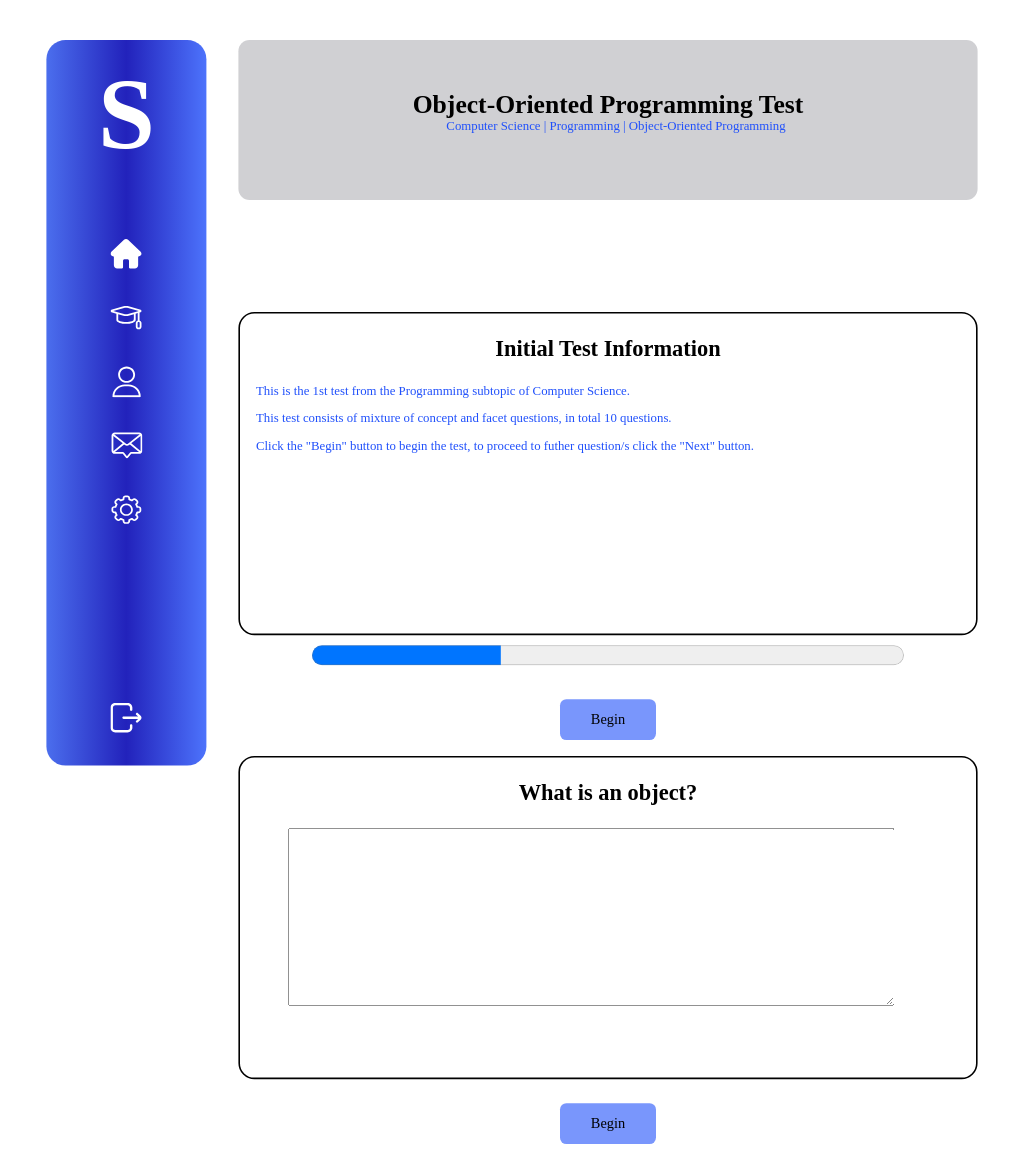
Repository: rafalzacher1/smartify-interface
Page: test.html
These files come from the project's save history. The page is drawn as it stood at one moment and after a run of saves; the edit follows.
The browser window is 1280 px wide. The pictures show the whole page, at 80% of full size.
Some web fonts or font styles are not loaded; a fallback is used.

Above is the page before, as saved 2022-06-30 19:56:25.

### test.html
<!DOCTYPE html>
<html lang="en">

<head>
    <link rel="stylesheet" href="./styles/home.css">
    <link rel="stylesheet" href="./styles/navigation.css">
    <link rel="stylesheet" href="./styles/search.css">
    <link rel="stylesheet" href="./styles/test.css">
    <link rel="stylesheet" href="./styles/question.css">
    <link rel="stylesheet" href="https://cdnjs.cloudflare.com/ajax/libs/font-awesome/4.7.0/css/font-awesome.min.css">
    <link href='https://fonts.googleapis.com/css?family=Baloo Bhai' rel='stylesheet'>
</head>

<body>
    <div id="main-container">
        <div id="navigation-container">
            <h1>S</h1>

            <nav id="navigation-options">
                <svg width="27" height="25" viewBox="0 0 27 25" fill="none" xmlns="http://www.w3.org/2000/svg"
                    onclick="document.location='./index.html'">
                    <path
                        d="M25.5018 10.9867C25.5012 10.9862 25.5006 10.9856 25.5 10.985L14.8668 0.890976C14.4135 0.460518 13.8109 0.223389 13.17 0.223389C12.529 0.223389 11.9264 0.460329 11.473 0.890787L0.845318 10.9797C0.841738 10.9831 0.838158 10.9867 0.834579 10.9901C-0.0961545 11.8788 -0.0945635 13.3206 0.839153 14.207C1.26574 14.6122 1.82915 14.8469 2.43154 14.8714C2.456 14.8737 2.48066 14.8748 2.50552 14.8748H2.92932V22.3034C2.92932 23.7734 4.1892 24.9694 5.73803 24.9694H9.89809C10.3197 24.9694 10.6618 24.6449 10.6618 24.2444V18.4204C10.6618 17.7496 11.2365 17.204 11.9431 17.204H14.3968C15.1034 17.204 15.6782 17.7496 15.6782 18.4204V24.2444C15.6782 24.6449 16.02 24.9694 16.4419 24.9694H20.6019C22.1508 24.9694 23.4106 23.7734 23.4106 22.3034V14.8748H23.8036C24.4444 14.8748 25.047 14.6379 25.5006 14.2074C26.4353 13.3195 26.4357 11.8752 25.5018 10.9867V10.9867Z"
                        fill="white" />
                </svg>

                <svg width="29" height="22" viewBox="0 0 29 22" fill="none" xmlns="http://www.w3.org/2000/svg">
                    <path
                        d="M26.4228 13.5237V6.40629L26.734 6.31764C27.9305 5.97676 28.1816 5.39965 28.1816 4.97552C28.1816 4.55139 27.9304 3.97428 26.734 3.63356L16.4958 0.717713C15.8653 0.538127 15.0388 0.43924 14.1689 0.43924C13.299 0.43924 12.4726 0.538127 11.8419 0.717713L1.60382 3.63356C0.407257 3.97428 0.156067 4.55139 0.156067 4.97557C0.156067 5.3997 0.407202 5.97686 1.60376 6.31769L5.43281 7.4082V13.2841C5.43281 14.0138 5.93239 15.0416 8.31243 15.7947C9.88887 16.2936 11.9687 16.5683 14.1688 16.5683C16.3689 16.5683 18.4487 16.2936 20.0252 15.7947C22.4053 15.0415 22.9049 14.0138 22.9049 13.2841V7.40825L24.7806 6.87402V13.5237C23.7595 13.8501 23.0217 14.767 23.0217 15.8451V19.1846C23.0217 20.5351 24.179 21.6338 25.6017 21.6338C27.0242 21.6338 28.1816 20.5351 28.1816 19.1846V15.8451C28.1817 14.767 27.4439 13.8501 26.4228 13.5237ZM12.3137 2.21089C12.7886 2.07563 13.4647 1.9981 14.1689 1.9981C14.873 1.9981 15.5492 2.07563 16.024 2.21084L25.7315 4.97557L21.8438 6.08282C21.8416 6.08349 21.8394 6.08406 21.8372 6.08474L16.024 7.74036C15.5493 7.87556 14.8731 7.95309 14.169 7.95309C13.4649 7.95309 12.7886 7.87556 12.3138 7.74036L6.50073 6.08474C6.49849 6.08406 6.4963 6.08349 6.49405 6.08282L2.60639 4.97557L12.3137 2.21089ZM21.2629 11.2372C21.2629 13.3846 20.9647 13.8541 19.506 14.3157C18.0926 14.763 16.1971 15.0093 14.1689 15.0093C12.1406 15.0093 10.2452 14.763 8.83178 14.3157C7.37313 13.8541 7.07493 13.3845 7.07493 13.2841V7.87582L11.842 9.23348C12.4726 9.41307 13.299 9.51196 14.1689 9.51196C15.0388 9.51196 15.8652 9.41307 16.4959 9.23348L21.2629 7.87582V11.2372ZM26.5395 19.1845C26.5395 19.6754 26.1188 20.0748 25.6017 20.0748C25.0846 20.0748 24.6639 19.6755 24.6639 19.1845V15.845C24.6639 15.3541 25.0846 14.9546 25.6017 14.9546C26.1189 14.9546 26.5395 15.3541 26.5395 15.845V19.1845Z"
                        fill="white" />
                </svg>

                <svg width="24" height="26" viewBox="0 0 24 26" fill="none" xmlns="http://www.w3.org/2000/svg">
                    <path
                        d="M12.1698 0.827911C8.37379 0.827911 5.28546 3.75975 5.28546 7.36343C5.28546 10.9671 8.37379 13.899 12.1698 13.899C15.9659 13.899 19.0542 10.9671 19.0542 7.36343C19.0542 3.75975 15.9659 0.827911 12.1698 0.827911ZM12.1698 12.4466C9.21735 12.4466 6.81532 10.1663 6.81532 7.36343C6.81532 4.56057 9.21735 2.28025 12.1698 2.28025C15.1223 2.28025 17.5243 4.56057 17.5243 7.36343C17.5243 10.1663 15.1223 12.4466 12.1698 12.4466Z"
                        fill="white" />
                    <path
                        d="M20.7353 18.1686C18.8505 16.3518 16.3519 15.3513 13.6997 15.3513H10.64C7.98784 15.3513 5.48917 16.3518 3.60439 18.1686C1.72883 19.9765 0.695923 22.3628 0.695923 24.8883C0.695923 25.2894 1.03841 25.6145 1.46085 25.6145H22.8789C23.3013 25.6145 23.6438 25.2894 23.6438 24.8883C23.6438 22.3628 22.6109 19.9765 20.7353 18.1686ZM2.25944 24.1621C2.64267 20.043 6.25497 16.8036 10.64 16.8036H13.6997C18.0848 16.8036 21.6971 20.043 22.0803 24.1621H2.25944Z"
                        fill="white" />
                </svg>


                <svg width="27" height="23" viewBox="0 0 27 23" fill="none" xmlns="http://www.w3.org/2000/svg">
                    <path
                        d="M24.1913 0.381134H3.77551C2.23533 0.381134 0.9823 1.57067 0.9823 3.0328V15.7608C0.9823 17.223 2.23533 18.4125 3.77551 18.4125H10.353C10.4332 18.4125 10.5096 18.4491 10.5573 18.5105L12.957 21.5991C13.1975 21.9087 13.5678 22.0872 13.9729 22.089H13.979C14.3819 22.089 14.7514 21.9139 14.9937 21.608L17.4479 18.5087C17.4956 18.4484 17.5715 18.4124 17.6509 18.4124H24.1913C25.7315 18.4124 26.9845 17.2229 26.9845 15.7608V3.03276C26.9845 1.57063 25.7315 0.381134 24.1913 0.381134ZM25.4609 15.7608C25.4609 15.8747 25.4439 15.9848 25.4127 16.0892L17.5863 9.57636L25.4609 3.37251V15.7608ZM24.1913 1.8275C24.4235 1.8275 24.6413 1.88728 24.8287 1.99108L14.7964 9.8948C14.3265 10.265 13.6446 10.265 13.1747 9.8948L3.14064 1.98969C3.32753 1.88675 3.54433 1.8275 3.77551 1.8275H24.1913ZM2.55416 16.0892C2.52293 15.9848 2.50587 15.8747 2.50587 15.7608V3.36913L10.3826 9.57457L2.55416 16.0892ZM16.2301 17.6396L13.9808 20.4801L11.7834 17.6519C11.4498 17.2225 10.915 16.9661 10.3529 16.9661H3.81172L11.5698 10.5099L12.2017 11.0078C12.7186 11.415 13.3519 11.6185 13.9855 11.6185C14.6189 11.6185 15.2525 11.4148 15.7693 11.0078L16.399 10.5117L24.155 16.9661H17.6509C17.0952 16.9661 16.5641 17.2178 16.2301 17.6396Z"
                        fill="white" />
                </svg>

                <svg width="28" height="25" viewBox="0 0 28 25" fill="none" xmlns="http://www.w3.org/2000/svg">
                    <path
                        d="M14.8013 24.9227H13.1654C11.8422 24.9227 10.7657 23.9008 10.7657 22.6447V22.1193C10.2032 21.9486 9.65665 21.7333 9.13159 21.4753L8.73937 21.8477C7.7894 22.7506 6.2677 22.7241 5.34533 21.8473L4.18907 20.7497C3.26507 19.8735 3.23849 18.4294 4.18937 17.5277L4.58129 17.1556C4.30958 16.6571 4.08276 16.1384 3.90299 15.6043H3.34958C2.02648 15.6043 0.949951 14.5823 0.949951 13.3262V11.7731C0.949951 10.517 2.02648 9.4951 3.34963 9.4951H3.90304C4.08281 8.96103 4.30963 8.44223 4.58134 7.94378L4.18912 7.57148C3.2388 6.67028 3.26502 5.22602 4.18942 4.34942L5.34579 3.2517C6.2703 2.37283 7.79164 2.35089 8.73978 3.25199L9.13165 3.624C9.6567 3.3661 10.2032 3.15073 10.7658 2.98007V2.4547C10.7658 1.1986 11.8422 0.176666 13.1654 0.176666H14.8014C16.1245 0.176666 17.201 1.1986 17.201 2.4547V2.98012C17.7636 3.15073 18.3101 3.3661 18.8351 3.62405L19.2274 3.2517C20.1773 2.34876 21.699 2.37525 22.6214 3.25204L23.7777 4.34966C24.7017 5.22587 24.7283 6.66999 23.7774 7.57172L23.3854 7.94378C23.6572 8.44223 23.884 8.96098 24.0637 9.4951H24.6172C25.9403 9.4951 27.0168 10.517 27.0168 11.7731V13.3262C27.0168 14.5823 25.9403 15.6043 24.6172 15.6043H24.0637C23.884 16.1383 23.6572 16.6571 23.3854 17.1556L23.7777 17.5279C24.728 18.4291 24.7018 19.8734 23.7774 20.75L22.621 21.8477C21.6965 22.7266 20.1751 22.7485 19.227 21.8474L18.8351 21.4754C18.3101 21.7333 17.7636 21.9487 17.201 22.1193V22.6448C17.201 23.9008 16.1245 24.9227 14.8013 24.9227V24.9227ZM9.38692 19.9527C10.1163 20.3622 10.9014 20.6716 11.7203 20.8722C12.0575 20.9548 12.2931 21.2436 12.2931 21.5742V22.6447C12.2931 23.1013 12.6845 23.4727 13.1654 23.4727H14.8014C15.2824 23.4727 15.6737 23.1013 15.6737 22.6447V21.5742C15.6737 21.2436 15.9093 20.9548 16.2466 20.8722C17.0655 20.6716 17.8505 20.3622 18.5799 19.9527C18.8801 19.7842 19.2621 19.8301 19.5087 20.0641L20.3074 20.8224C20.6518 21.1497 21.2048 21.1421 21.5407 20.8227L22.6978 19.7243C23.0329 19.4066 23.0441 18.8815 22.6981 18.5535L21.899 17.7949C21.6525 17.5609 21.6042 17.1981 21.7817 16.9133C22.213 16.2208 22.5389 15.4756 22.7502 14.6981C22.8373 14.378 23.1414 14.1544 23.4897 14.1544H24.6172C25.0982 14.1544 25.4895 13.7829 25.4895 13.3263V11.7732C25.4895 11.3166 25.0982 10.9451 24.6172 10.9451H23.4897C23.1414 10.9451 22.8373 10.7214 22.7502 10.4013C22.5389 9.6239 22.213 8.87862 21.7817 8.18622C21.6042 7.90135 21.6525 7.53857 21.899 7.30454L22.6978 6.54626C23.0431 6.21886 23.0341 5.69397 22.6981 5.37541L21.5411 4.27707C21.2058 3.95827 20.6527 3.94894 20.3078 4.27678L19.5088 5.03535C19.2622 5.26942 18.88 5.31524 18.58 5.14675C17.8506 4.73724 17.0655 4.42786 16.2466 4.22724C15.9094 4.14464 15.6738 3.8559 15.6738 3.52526V2.4547C15.6738 1.99811 15.2824 1.62663 14.8014 1.62663H13.1655C12.6845 1.62663 12.2932 1.99811 12.2932 2.4547V3.52516C12.2932 3.8558 12.0576 4.14454 11.7203 4.22714C10.9014 4.42777 10.1164 4.73714 9.38697 5.14666C9.08679 5.3151 8.7047 5.26928 8.45818 5.03525L7.65948 4.27697C7.31511 3.94966 6.76205 3.95725 6.42619 4.27663L5.26911 5.37503C4.93401 5.69276 4.92281 6.21779 5.26881 6.54587L6.06787 7.30445C6.31438 7.53847 6.36265 7.90125 6.18522 8.18612C5.75385 8.87852 5.42801 9.62381 5.21667 10.4012C5.12961 10.7214 4.82547 10.945 4.47723 10.945H3.34963C2.86867 10.9451 2.47731 11.3165 2.47731 11.7731V13.3262C2.47731 13.7828 2.86867 14.1543 3.34963 14.1543H4.47718C4.82547 14.1543 5.12956 14.378 5.21662 14.6981C5.42796 15.4755 5.75385 16.2208 6.18517 16.9132C6.3626 17.1981 6.31433 17.5609 6.06782 17.7949L5.26906 18.5532C4.92378 18.8806 4.93279 19.4055 5.26876 19.724L6.42573 20.8224C6.76109 21.1412 7.31419 21.1505 7.65907 20.8226L8.45808 20.0641C8.63974 19.8917 9.01765 19.7454 9.38692 19.9527V19.9527Z"
                        fill="white" />
                    <path
                        d="M13.9834 17.9339C10.856 17.9339 8.31177 15.5185 8.31177 12.5497C8.31177 9.58082 10.856 7.16547 13.9834 7.16547C17.1107 7.16547 19.6549 9.58082 19.6549 12.5497C19.6549 15.5185 17.1107 17.9339 13.9834 17.9339ZM13.9834 8.61543C11.6982 8.61543 9.83912 10.3803 9.83912 12.5497C9.83912 14.719 11.6982 16.4839 13.9834 16.4839C16.2685 16.4839 18.1276 14.719 18.1276 12.5497C18.1276 10.3803 16.2685 8.61543 13.9834 8.61543Z"
                        fill="white" />
                </svg>


                <svg id="logout" width="27" height="26" viewBox="0 0 27 26" fill="none"
                    xmlns="http://www.w3.org/2000/svg">
                    <path
                        d="M18.5379 19.6672V21.6084C18.5379 23.7492 16.7034 25.4907 14.4484 25.4907H4.1734C1.91837 25.4907 0.0838623 23.7492 0.0838623 21.6084V4.52618C0.0838623 2.38541 1.91837 0.64386 4.1734 0.64386H14.4484C16.7034 0.64386 18.5379 2.38541 18.5379 4.52618V6.46734C18.5379 7.00343 18.0802 7.43792 17.5155 7.43792C16.9508 7.43792 16.4932 7.00343 16.4932 6.46734V4.52618C16.4932 3.45589 15.5758 2.58502 14.4484 2.58502H4.1734C3.04598 2.58502 2.12863 3.45589 2.12863 4.52618V21.6084C2.12863 22.6787 3.04598 23.5495 4.1734 23.5495H14.4484C15.5758 23.5495 16.4932 22.6787 16.4932 21.6084V19.6672C16.4932 19.1311 16.9508 18.6966 17.5155 18.6966C18.0802 18.6966 18.5379 19.1311 18.5379 19.6672ZM25.5083 11.4L23.2189 9.22667C22.8196 8.84753 22.1722 8.84753 21.773 9.22667C21.3736 9.60561 21.3736 10.2202 21.773 10.5991L23.4014 12.1452H11.1256C10.5609 12.1452 10.1032 12.5797 10.1032 13.1158C10.1032 13.6519 10.5609 14.0864 11.1256 14.0864H23.4014L21.773 15.6325C21.3736 16.0114 21.3736 16.626 21.773 17.005C21.9727 17.1945 22.2343 17.2893 22.4959 17.2893C22.7577 17.2893 23.0192 17.1945 23.2189 17.005L25.5083 14.8316C26.5049 13.8854 26.5049 12.3462 25.5083 11.4Z"
                        fill="white" />
                </svg>
            </nav>
        </div>

        <div id="test-container">
            <div id="test-container-header">
                <h1>Object-Oriented Programming Test</h1>
                <p>Computer Science | Programming | Object-Oriented Programming</p>
            </div>
        </div>

        <div id="question-container">
            <!-- <template class="initial"> -->
                <div id="initial">
                    <h3>Initial Test Information</h3>
                    <p>
                        This is the 1st test from the Programming subtopic of Computer Science.
                    </p>
                    <p>
                        This test consists of mixture of concept and facet questions, in total 10 questions.
                    </p>
                    <p>
                        Click the "Begin" button to begin the test, to proceed to futher question/s click the "Next" button.
                    </p>
                </div>
            <!-- </template> -->

            <div id="questions">
                <div id="progress">
                    <progress id="questions" value="32" max="100"> 32% </progress>
                </div>

                <div id="question">
                    <h3>What is an object?</h3>

                    <textarea name="question" type="text"></textarea>
                </div>

                <div id="progress-container">
                    <button id="question-button" class="question-option"
                        onclick="document.location='./topic.html'">Begin</button>
                </div>
            </div>

            <div id="progress-container">
                <button id="question-button" class="question-option"
                    onclick="beginTest()">Begin</button>
            </div>
        </div>
    </div>

    <script>
        function beginTest() {

        }
    </script>
</body>

</html>

<!-- Answer -->
<!--
    An object is a single instance of a class; it is created by invoking the constructors of the class. Class exists in source temporal scope and objects exist in run-time temporal scope.
 -->
<!-- https://www.grin.com/document/423537 -->

### styles/home.css
#main-container {
    display: grid;
    grid-template-columns: 2fr 8fr 4fr;
    grid-template-rows: 200px 200px 200px;
    gap: 40px;
    margin: 50px;
}

### styles/navigation.css
#navigation-container {
  font-family: "Baloo Bhai";
  font-size: 26px;
  background: rgb(32, 80, 251);
  background: linear-gradient(
    90deg,
    rgba(30, 74, 233, 0.8) 0%,
    rgba(10, 10, 180, 0.9) 50%,
    rgba(32, 80, 251, 0.8) 100%
  );
  border-radius: 24px;
  width: 200px;
  height: 100%;
  text-align: center;
  display: inline-block;
  grid-column: 1;
  grid-row: 1 / 5;
}

#navigation-container h1 {
  font-family: "Baloo Bhai";
  font-size: 128px;
  color: #ffffff;
  margin: 0;
  padding-top: 20px;
  padding-bottom: 60px;
}

#navigation-options svg {
  margin-left: auto;
  margin-right: auto;
  display: block;
  padding: 20px;
  height: 40px;
  width: 40px;
}

#navigation-options svg:hover {
  opacity: 0.4;
  cursor: pointer;
}

#logout {
  margin-top: 180px;
  margin-bottom: 20px;
}

### styles/search.css
#search-container {
  grid-column: 3;
  grid-row: 1;
}

#search-container h2 {
  font-family: "Baloo Bhai";
  font-size: 16px;
}

form.example input[type="text"] {
  padding: 10px;
  font-size: 17px;
  border: 1px solid grey;
  float: left;
  width: 70%;
  background: #f1f1f1;
  border-radius: 15px 0 0 15px;
  font-family: "Baloo Bhai";
  font-size: 32px;
}

form.example button {
  float: left;
  width: 20%;
  padding: 10px;
  background: #2050fb;
  opacity: 0.6;
  color: white;
  font-size: 17px;
  border: 1px solid grey;
  border-left: none;
  cursor: pointer;
  border-radius: 0 15px 15px 0;
  font-family: "Baloo Bhai";
  font-size: 32px;
  box-sizing: border-box;
}

form.example button:hover {
  opacity: 1;
}

form.example::after {
  content: "";
  clear: both;
  display: table;
}

### styles/test.css
#test-container {
  grid-column: 2 / 4;
  grid-row: 1;
  background-color: #d0d0d3;
  border-radius: 14px;
}

#test-container h1 {
  font-family: "Baloo Bhai";
  font-size: 32px;
  margin-bottom: 0;
}

#test-container p {
  color: #2050fb;
  font-family: "Baloo Bhai";
  font-size: 16px;
  margin-top: 0;
  padding-left: 20px;
}

#test-container-header {
  text-align: center;
  margin-top: 62px;
  margin-bottom: 62px;
}

### styles/question.css
#question-container {
  grid-column: 2 / 4;
  grid-row: 2 / 5;
}

#progress {
  width: 80%;
  margin-left: auto;
  margin-right: auto;
}

.question-option,
input[type="submit"],
input[type="reset"] {
  background: none;
  color: inherit;
  border: none;
  padding: 0;
  font: inherit;
  cursor: pointer;
  outline: inherit;
  width: 30%;
  font-family: "Baloo Bhai";
  font-size: 18px;
}

#initial,
#question {
    margin-top: 100px;
    height: 400px;
    border: 2px solid #000000;
    border-radius: 20px;
}

#initial h3,
#question h3 {
    text-align: center;
    font-family: "Baloo Bhai";
    font-size: 28px;
}

#initial p {
    color: #2050fb;
    font-family: "Baloo Bhai";
    font-size: 16px;
    margin-top: 0;
    padding-left: 20px;
  }

#question textarea {
    margin: 0 60px 0 60px;
    padding: 10px;
    width: 80%;
    height: 200px;
    font-family: "Baloo Bhai";
    font-size: 16px;
}

#progress-container {
    text-align: center;
}

#question-button,
#next-button {
  width: 120px;
  margin: 30px 20px;
  border-radius: 8px;
  padding: 15px;
  background-color: rgba(32, 80, 251, 0.6);
}

#question-button:hover,
#next-button:hover {
  background-color: rgba(32, 80, 251, 1);
}

#questions {
  width: 100%;
  height: 50px;
}

After the next 3 saves:
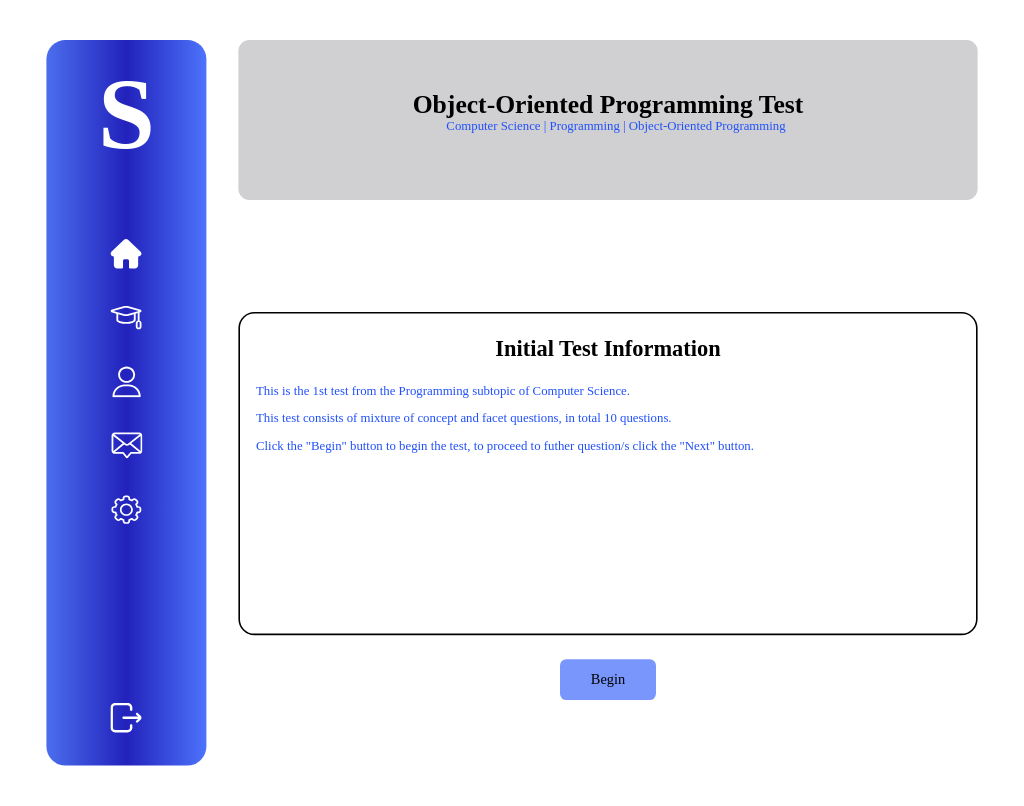
The 3 saves are shown as one change because they came seconds apart.
The last was saved 23 s later.
--- a/test.html
+++ b/test.html
@@ -88,7 +88,7 @@
                 </div>
             <!-- </template> -->
 
-            <div id="questions">
+            <div id="questions" style="display: none">
                 <div id="progress">
                     <progress id="questions" value="32" max="100"> 32% </progress>
                 </div>
